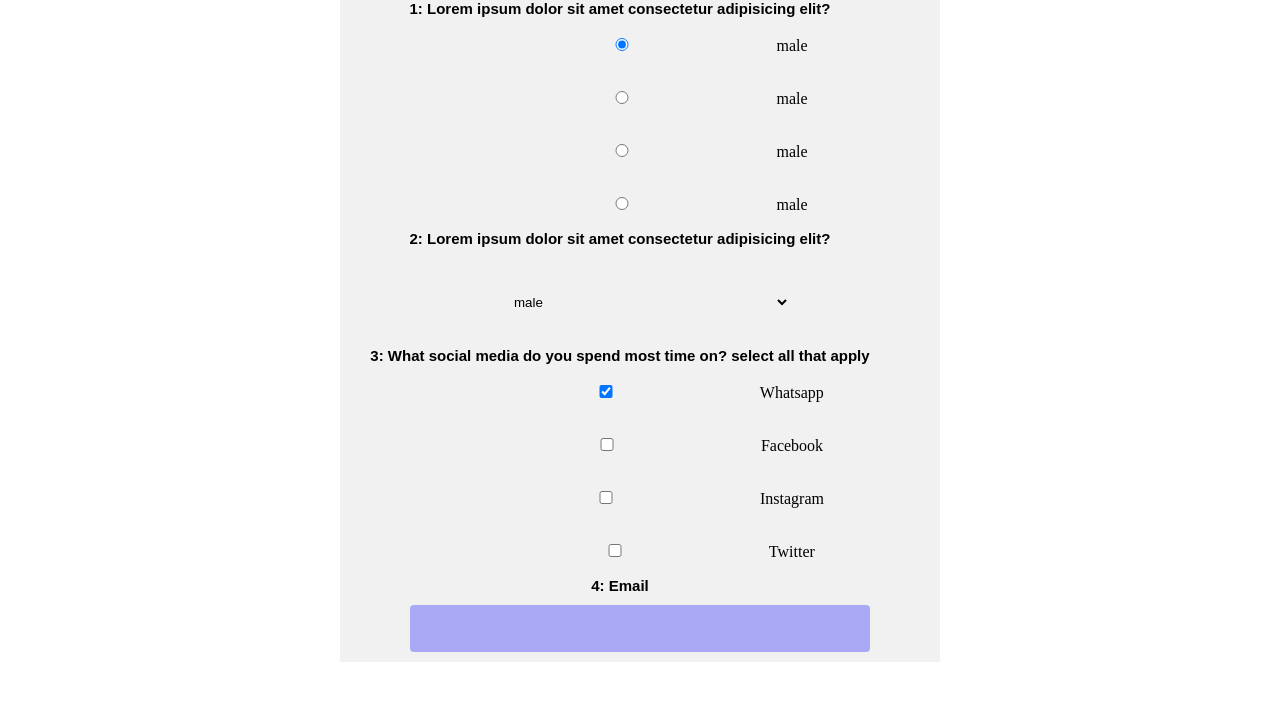
Repository: Grace229/Hasob-form
Page: index.html
An editor plug-in stored every save of this project. The page is shown before and after a run of saves, followed by the edit.
The browser window is 1280 px wide. The pictures show the whole page.

Above is the page before, as saved 2020-12-27 11:17:22.

### index.html
<!DOCTYPE html>
<html lang="en">
<head>
    <meta charset="UTF-8">
    <meta name="viewport" content="width=device-width, initial-scale=1.0">
    <title>Document</title>
    <link rel="stylesheet" href="style.css">
</head>
<body>
    <form>
        <!-- radio button -->
        <div>
            <label class="question" for="">1: Lorem ipsum dolor sit amet consectetur adipisicing elit? </label> <br>
                <input type="radio" name="gender" value="male" class="input" checked>
                <label> male</label>
                <input type="radio" name="gender" value="male" class="input">
                <label> male</label>
                <input type="radio" name="gender" value="male" class="input">
                <label> male</label>
                <input type="radio" name="gender" value="male" class="input">
                <label> male</label>

        </div>
        <!-- dropdown -->
        <div>
            <label  class="question" for="">2: Lorem ipsum dolor sit amet consectetur adipisicing elit? </label><br>
               <select name="grace" id="input">
                   <option value="male" class="check">
                    <label> male</label>
                   </option>
                   <option value="male" class="check">
                    <label> male</label>
                   </option>
                   <option value="male" class="check">
                    <label> male</label>
                   </option>
                   <option value="male" class="check">
                    <label> male</label>
                   </option>
               </select>
        </div>
        <!-- checkboxes -->
           <div>
            <label  class="question" for="">3: What social media do you spend most time on? select all that apply</label><br>
               <input type="checkbox" name="gender" value="male" class="input" checked>
               <label> Whatsapp</label>
                <input type="checkbox" name="gender" value="male" class="input">
                <label> Facebook</label>
                <input type="checkbox" name="gender" value="male" class="input">
                <label> Instagram</label>
                <input type="checkbox" name="gender" value="male" class="input">
                <label> Twitter</label>
        </div>
        <!-- textbox -->
        <div>
            <label  class="question" for=""> 4: Email</label> <br>
            <input type="email" name="email" id="email">
        </div>
   </form>
</body>
</html>

### style.css
*{
    padding: 0;
    margin: 0;
}
.question{
    font-size: 15px;
    font-weight: bold;
    font-family: sans-serif;
    margin: 10px 50px 10px 10px;
}

.input{
    width: 50%;
    margin: 20px 0px 20px 0px;
}
.check{
    border: solid 1px black;
}
#input{
    width: 50%;
    margin: 30px 10px 20px 10px;
    border: none;
}
select{
    border: 1px  solid black;
    background-color:#f1f1f1;
    padding: 16px 20px;
    border-radius: 4px;
}
option{
    border: 1px solid black;
    font-size:  15px;
}
form{
    text-align: center;
    width: 600px;
    margin: auto;
    background-color: #f1f1f1;
}
#email{
    width: 70%;
    margin: 10px 10px 10px 10px;
    border: none;
    background-color: rgb(169, 169, 245);
    padding: 16px 20px;
    border-radius: 4px;
}
#email:focus{
    background-color: #ffffff;
    font-size: 20px;

}

After the next 2 saves:
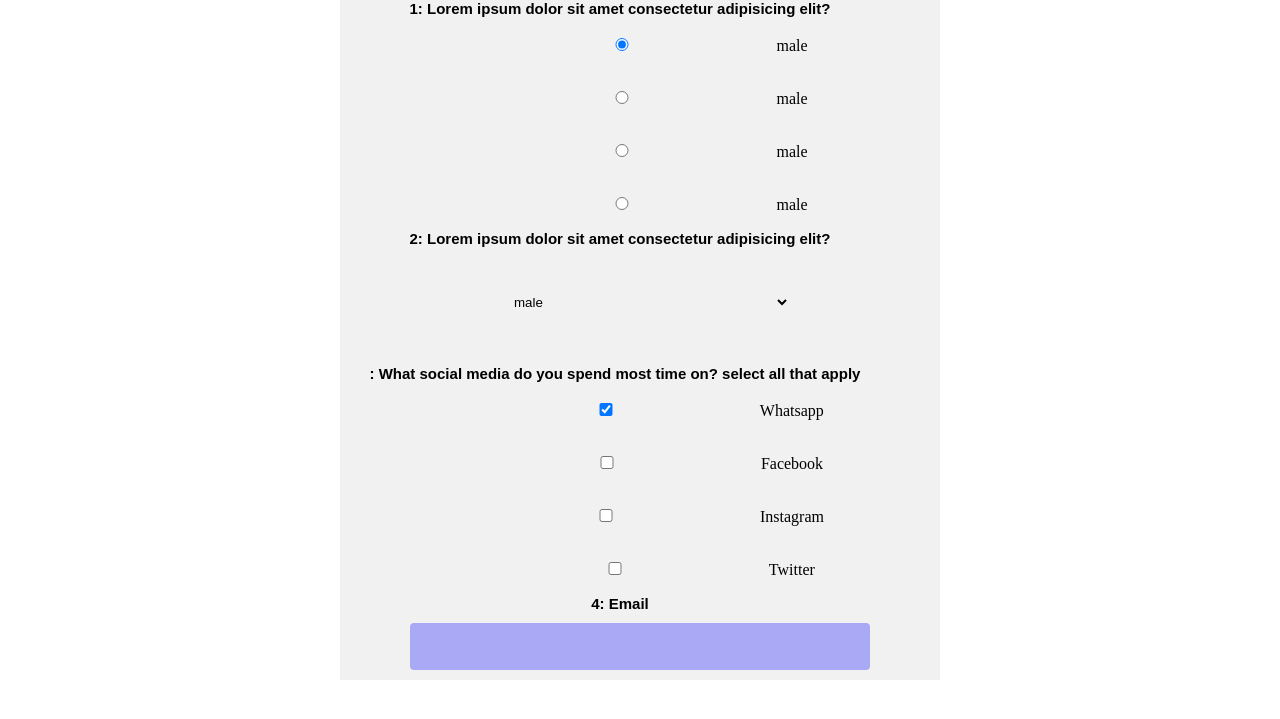
The 2 saves are shown as one change because they came seconds apart.
The last was saved 20 min 35 s later.
--- a/index.html
+++ b/index.html
@@ -41,7 +41,7 @@
         </div>
         <!-- checkboxes -->
            <div>
-            <label  class="question" for="">3: What social media do you spend most time on? select all that apply</label><br>
+            <label  class="question" for=""><p></p>: What social media do you spend most time on? select all that apply</label><br>
                <input type="checkbox" name="gender" value="male" class="input" checked>
                <label> Whatsapp</label>
                 <input type="checkbox" name="gender" value="male" class="input">
